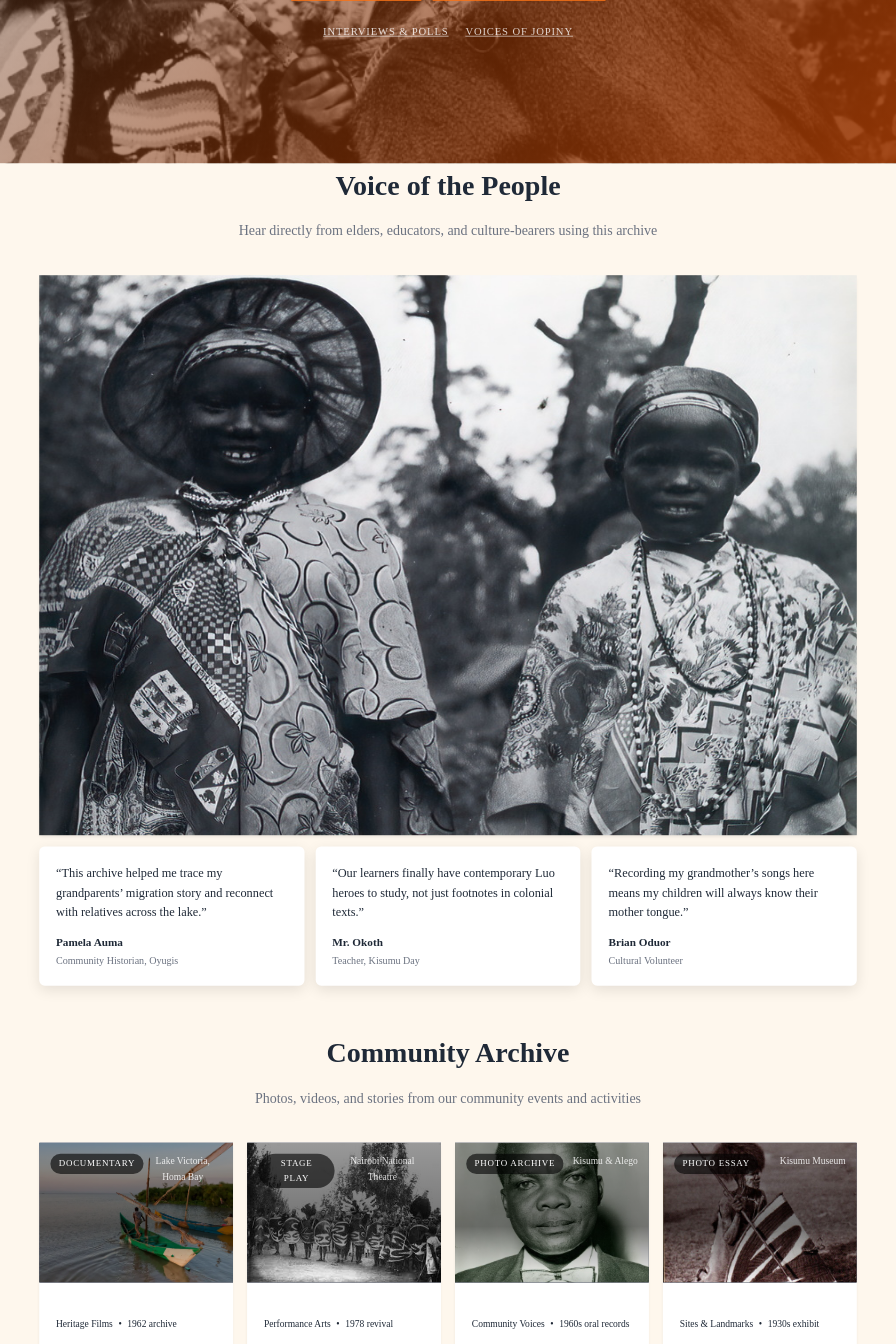
Repository: ianfranko/luo-community-history
Page: /
An editor plug-in stored every save of this project. The page is shown before and after the next save, followed by the edit.
The browser window is 1280 px wide. The pictures show the part of the page from y = 483 to 2403 px (the page is 4240 px tall before and 4336 px after), at 70% of full size.
The project was rebuilt for these pictures with package versions that can differ from the ones it lists, and the page was loaded fresh each time. The framework's server and built-in components were replaced by stand-ins that run in the browser. Also part of the build but not shown: next.config.ts.

Above is the page before, as saved 2025-11-23 06:50:54.

### src/app/layout.tsx
import type { Metadata } from "next";
import { Geist, Geist_Mono } from "next/font/google";
import "./globals.css";
import Layout from "@/components/Layout";

const geistSans = Geist({
  variable: "--font-geist-sans",
  subsets: ["latin"],
});

const geistMono = Geist_Mono({
  variable: "--font-geist-mono",
  subsets: ["latin"],
});

export const metadata: Metadata = {
  title: "Luo League of Nations",
  description: "Preserving and sharing the rich cultural heritage and history of the Luo people",
  icons: {
    icon: "/LLNLOGO.svg",
    shortcut: "/LLNLOGO.svg",
    apple: "/LLNLOGO.svg",
  },
};

export default function RootLayout({
  children,
}: Readonly<{
  children: React.ReactNode;
}>) {
  return (
    <html lang="en">
      <body
        className={`${geistSans.variable} ${geistMono.variable} antialiased`}
      >
        <Layout>{children}</Layout>
      </body>
    </html>
  );
}

### src/app/page.tsx
'Use client';
import Image from 'next/image'
import Link from 'next/link'
import { ArrowRight } from 'lucide-react'

export default function Home() {
  const galleryItems = [
    {
      image: '/Fishermen-on-Lake-Victoria-in-Uganda.webp',
      title: 'Documentary Films',
      description: 'Explore the fascinating history of the Luo community, from ancient traditions to modern developments.',
      alt: 'Luo fishermen casting their nets on Lake Victoria at sunrise',
      category: 'Heritage Films',
      location: 'Lake Victoria, Homa Bay',
      year: '1962 archive',
      mediaType: 'Documentary',
      ctaLabel: 'Watch Film',
      href: '/Gallery'
    },
    {
      image: '/hero.jpeg',
      title: 'Plays and Theatre',
      description: 'Discover the unique cultural practices, traditions, and values that define the Luo community.',
      alt: 'Actors performing a traditional Luo play on stage',
      category: 'Performance Arts',
      location: 'Nairobi National Theatre',
      year: '1978 revival',
      mediaType: 'Stage Play',
      ctaLabel: 'View Script',
      href: '/culture'
    },
    {
      image: '/Kodhek Argwins.png',
      title: 'Notable People',
      description: 'Learn about influential Luo leaders, elders, and community members who shaped our history.',
      alt: 'Archival portrait of Argwings Kodhek',
      category: 'Community Voices',
      location: 'Kisumu & Alego',
      year: '1960s oral records',
      mediaType: 'Photo Archive',
      ctaLabel: 'View Profile',
      href: '/people'
    },
    {
      image: '/Guerrier_Luo.jpeg',
      title: 'Historical Places',
      description: 'Visit significant locations and landmarks that hold cultural and historical importance.',
      alt: 'Historic Luo warrior statue in Kisumu museum',
      category: 'Sites & Landmarks',
      location: 'Kisumu Museum',
      year: '1930s exhibit',
      mediaType: 'Photo Essay',
      ctaLabel: 'Explore Site',
      href: '/places'
    },

  ]

  const galleryThemes = ['All', ...new Set(galleryItems.map((item) => item.category))]

  const stats = [
    { number: '200+', label: 'Historical Articles' },
    { number: '100+', label: 'Cultural Stories' },
    { number: '20+', label: 'Documentaries' },
    { number: '25+', label: 'Historical Places' }
  ]

  const sectionLinks = [
    { href: '#gallery', label: 'Interviews & Polls' },
    { href: '#stories', label: 'Voices of Jopiny' },
  ]

  const valueProps = [
    {
      title: 'Archive Access',
      description: 'Digitised oral histories, ceremonies, and timelines ready to explore.',

    },
    {
      title: 'Community Voices',
      description: 'Stories curated with elders, scholars, and youth leaders.',

    },
    {
      title: 'Living Culture',
      description: 'Guides on language, music, crafts, and celebrations to keep traditions alive.',

    }
  ]

  const featuredStories = [
    {
      title: 'The Origins of Luo Migration',
      description: 'Explore the fascinating journey of the Luo people and their settlement patterns across East Africa.',
      href: '/culture',
      image: '/657152Ew0bLSIn.jpg',
      era: '15th Century',
      region: 'Lake Victoria Basin',
      format: 'Longform'
    },
    {
      title: 'Traditional Luo Ceremonies',
      description: 'Learn about the rich ceremonial traditions that mark important life events in Luo culture.',
      href: '/culture',
      image: '/Fishermen-on-Lake-Victoria-in-Uganda.webp',
      era: 'Generational',
      region: 'Siaya & Migori',
      format: 'Photo Essay'
    },
    {
      title: 'JoAlego',
      description: 'Discover the rich culture of the JoAlego, and their journey to their current settlement.',
      href: '/people',
      image: '/Kenia-Lake_Victoria-Fischer.webp',
      era: '20th Century',
      region: 'Alego-Kogelo',
      format: 'Audio + Transcript'
    }
  ]

  const testimonials = [
    {
      quote: 'This archive helped me trace my grandparents’ migration story and reconnect with relatives across the lake.',
      name: 'Pamela Auma',
      title: 'Community Historian, Oyugis'
    },
    {
      quote: 'Our learners finally have contemporary Luo heroes to study, not just footnotes in colonial texts.',
      name: 'Mr. Okoth',
      title: 'Teacher, Kisumu Day'
    },
    {
      quote: 'Recording my grandmother’s songs here means my children will always know their mother tongue.',
      name: 'Brian Oduor',
      title: 'Cultural Volunteer'
    }
  ]

  return (
    <>
      {/* Hero Section */}
      <section className="hero">
        <div className="container">
          <div className="hero-content text-center">
            <h1 className="text-5xl font-bold mb-6">
            Wan JoLuo And We Are Proud
            </h1>
            <p className="text-xl mb-8" style={{ maxWidth: '600px', margin: '0 auto 2rem' }}>
            Awakening the Luo community to its full cultural, intellectual, and economic potential. Restoring unity, and purpose among our people.
            </p>

            {/* CTA Buttons */}
            <div style={{ display: 'flex', gap: '1rem', justifyContent: 'center', flexWrap: 'wrap' }}>
              <Link href="/culture" className="btn btn-primary">
                Join Community
              </Link>
              <Link href="/Gallery" className="btn btn-primary">
                View Literature Archive
              </Link>
            </div>
            <nav style={{ marginTop: '2rem' }}>
              <ul style={{ display: 'flex', gap: '1.5rem', justifyContent: 'center', flexWrap: 'wrap', fontSize: '0.95rem', textTransform: 'uppercase', letterSpacing: '0.08em', listStyle: 'none', padding: 0 }}>
                {sectionLinks.map((link) => (
                  <li key={link.href}>
                    <a href={link.href} style={{ color: 'rgba(255,255,255,0.8)' }}>{link.label}</a>
                  </li>
                ))}
              </ul>
            </nav>
          </div>
        </div>
      </section>

      {/* Stats Section
      <section className="section bg-white" style={{ padding: '1rem 0' }}>
        <div className="container">
          <div className="stats-grid">
            {stats.map((stat, index) => (
              <div key={index} className="stat-item">
                <span className="stat-number">{stat.number}</span>
                <span className="stat-label">{stat.label}</span>
              </div>
            ))}
          </div>
        </div>
      </section>*/}
      <section
  id="voices"
  className="h-screen flex flex-col items-center justify-start overflow-hidden pt-6"
>
  <div className="container max-w-6xl mx-auto flex flex-col h-full">

    {/* Title */}
    <h2 className="section-title text-center mb-1">Voice of the People</h2>

    {/* Subtitle */}
    <p className="section-subtitle text-center mb-4">
      Hear directly from elders, educators, and culture-bearers using this archive
    </p>

    {/* IMAGE (fixed height, always fits) */}
    <div className="flex justify-center mb-4">
      <Image
        src="/luo_03.jpg"
        alt="Community Archive"
        width={1600}
        height={800}
        className="object-cover w-full max-w-4xl max-h-[32vh] shadow"
      />
    </div>

    {/* TESTIMONIALS — auto-fill remaining space */}
    <div className="grid grid-cols-1 md:grid-cols-3 gap-4 flex-grow overflow-hidden">
      {testimonials.map((voice) => (
        <blockquote key={voice.name} className="testimonial-card overflow-hidden p-4">
          <p className="testimonial-quote text-sm">
            “{voice.quote}”
          </p>
          <div className="testimonial-author mt-2">
            <span className="author-name font-semibold">{voice.name}</span>
            <br />
            <span className="author-title text-xs">{voice.title}</span>
          </div>
        </blockquote>
      ))}
    </div>
  </div>
</section>


      {/* Gallery Section */}
      <section className="section" id="gallery">
        <div className="container">
          <h2 className="section-title">Community Archive</h2>
          <p className="section-subtitle">
            Photos, videos, and stories from our community events and activities
          </p>
          <div
            className="feature-grid"
            style={{
              gap: '1.25rem',
              gridTemplateColumns: 'repeat(auto-fit, minmax(220px, 1fr))'
            }}
          >
            {galleryItems.map((item, index) => (
              <article
                key={index}
                className="feature-card"
                style={{ padding: 0, overflow: 'hidden', maxWidth: '360px', margin: '0 auto' }}
              >
                <div
                  className="gallery-card-image"
                  style={{ position: 'relative', height: '200px', width: '100%' }}
                >
                  <Image
                    src={item.image}
                    alt={item.alt}
                    fill
                    sizes="(max-width: 768px) 100vw, (max-width: 1200px) 50vw, 33vw"
                    priority={index === 0}
                    style={{ objectFit: 'cover' }}
                  />
                  <div
                    style={{
                      position: 'absolute',
                      inset: 0,
                      display: 'flex',
                      justifyContent: 'space-between',
                      alignItems: 'flex-start',
                      padding: '1rem',
                      background:
                        'linear-gradient(180deg, rgba(0,0,0,0.4) 0%, rgba(0,0,0,0.55) 60%, rgba(0,0,0,0) 100%)'
                    }}
                  >
                    <span
                      style={{
                        padding: '0.25rem 0.75rem',
                        borderRadius: '999px',
                        backgroundColor: 'rgba(0,0,0,0.6)',
                        color: 'white',
                        fontSize: '0.8rem',
                        textTransform: 'uppercase',
                        letterSpacing: '0.08em'
                      }}
                    >
                      {item.mediaType}
                    </span>
                    <span style={{ color: 'rgba(255,255,255,0.85)', fontSize: '0.85rem' }}>
                      {item.location}
                    </span>
                  </div>
                </div>
                <div style={{ padding: '1.5rem' }}>
                  <div
                    style={{
                      display: 'flex',
                      flexWrap: 'wrap',
                      gap: '0.5rem',
                      fontSize: '0.85rem',
                      color: 'var(--muted)',
                      marginBottom: '0.5rem'
                    }}
                  >
                    <span>{item.category}</span>
                    <span>•</span>
                    <span>{item.year}</span>
                  </div>
                  <h3 className="feature-title" style={{ marginBottom: '0.35rem' }}>
                    {item.title}
                  </h3>
                  <p className="feature-description" style={{ marginBottom: '1rem' }}>
                    {item.description}
                  </p>
                  <Link
                    href={item.href}
                    className="btn btn-link"
                    style={{
                      display: 'inline-flex',
                      alignItems: 'center',
                      gap: '0.4rem',
                      padding: 0,
                      fontWeight: 600
                    }}
                    aria-label={`${item.ctaLabel} for ${item.title}`}
                  >
                    {item.ctaLabel}
                    <ArrowRight size={16} />
                  </Link>
                </div>
              </article>
            ))}
          </div>
          <div
            style={{
              marginTop: '2rem',
              display: 'flex',
              justifyContent: 'center',
              width: '100%'
            }}
          >
            <Link href="/Gallery" className="btn btn-outline" style={{ fontSize: '0.9rem' }}>
              Submit Your Story
              <ArrowRight size={16} />
            </Link>
          </div>
        </div>
      </section>
      {/* Featured Content Section */}
      <section className="section bg-white" id="stories">
        <div className="container">
          <h2 className="section-title">Featured Stories</h2>
          <p className="section-subtitle">
            Discover the most popular and recent additions to our community archive
          </p>

          <div className="grid grid-cols-1 md:grid-cols-3 gap-6">
            {featuredStories.map((story) => (
              <div className="card" key={story.title}>
                <div
                  style={{
                    position: 'relative',
                    height: '200px',
                    width: '100%',
                    borderRadius: '12px 12px 0 0',
                    overflow: 'hidden'
                  }}
                >
                  <Image
                    src={story.image}
                    alt={story.title}
                    fill
                    sizes="(max-width: 768px) 100vw, (max-width: 1200px) 50vw, 33vw"
                    style={{ objectFit: 'cover' }}
                  />
                  <div
                    style={{
                      position: 'absolute',
                      inset: 0,
                      background:
                        'linear-gradient(180deg, rgba(0,0,0,0.35) 0%, rgba(0,0,0,0.6) 100%)',
                      display: 'flex',
                      alignItems: 'flex-end',
                      justifyContent: 'flex-start',
                      padding: '1rem'
                    }}
                  >
                    <span style={{ color: 'white', fontSize: '0.85rem', letterSpacing: '0.08em' }}>{story.format}</span>
                  </div>
                </div>
                <div className="card-body">
                  <div style={{ display: 'flex', gap: '0.5rem', flexWrap: 'wrap', fontSize: '0.85rem', color: 'var(--muted)' }}>
                    <span>{story.era}</span>
                    <span>•</span>
                    <span>{story.region}</span>
                  </div>
                  <h3 className="card-title" style={{ marginTop: '0.5rem' }}>{story.title}</h3>
                  <p className="card-text">{story.description}</p>
                  <Link href={story.href} className="btn btn-primary" style={{ marginTop: '1rem' }}>
                    Read More
                    <ArrowRight size={16} />
                  </Link>
                </div>
              </div>
            ))}
          </div>
        </div>
      </section>

      {/* Call to Action Section */}
      <section className="section bg-gradient" style={{ color: 'white' }}>
        <div
          className="container"
          style={{
            display: 'grid',
            gap: '2rem',
            gridTemplateColumns: 'repeat(auto-fit, minmax(280px, 1fr))',
            alignItems: 'center'
          }}
        >
          <div>
            <p
              className="eyebrow"
              style={{
                color: 'rgba(255,255,255,0.85)',
                letterSpacing: '0.12em',
                textAlign: 'left'
              }}
            >
              Community Call
            </p>
            <h2 className="section-title" style={{ color: 'white', textAlign: 'left' }}>
              Be Part of Our Story
            </h2>
            <p
              className="section-subtitle"
              style={{
                color: 'rgba(255, 255, 255, 0.9)',
                textAlign: 'left',
                marginLeft: 0,
                marginRight: 0
              }}
            >
              Your support powers oral-history digitization, artifact curation, and hands-on workshops that keep Luo heritage accessible.
            </p>
            <div
              style={{
                display: 'flex',
                gap: '1rem',
                flexWrap: 'wrap',
                marginTop: '1.5rem'
              }}
            >
              <Link
                href="/culture"
                className="btn btn-primary"
                aria-label="Support Luo culture digitization"
                style={{ backgroundColor: 'white', color: '#111', borderColor: 'white' }}
              >
                Support Digitization
                <ArrowRight size={18} />
              </Link>
              <Link
                href="/about"
                className="btn btn-outline"
                aria-label="Learn more about our mission"
                style={{
                  borderColor: 'rgba(255,255,255,0.6)',
                  color: 'white',
                  backgroundColor: 'transparent'
                }}
              >
                Learn More
                <ArrowRight size={18} />
              </Link>
            </div>
            <span style={{ marginTop: '0.75rem', display: 'inline-block', color: 'rgba(255,255,255,0.85)' }}>
              Every contribution equips field teams with scanners, storage, and volunteer training.
            </span>
          </div>

          <div className="cta-card cta-card-gradient">
            <div className="cta-stat">4,200+</div>
            <p className="cta-label">Artifacts digitized with village archives</p>
            <p className="cta-body">Join 120+ volunteers safeguarding oral histories across Nyanza and beyond.</p>
          </div>
        </div>
      </section>
    </>
  )
}

Loaded but not shown: src/app/globals.css (929 lines, source omitted); src/components/Layout.tsx (231 lines, source omitted)

After the next save:
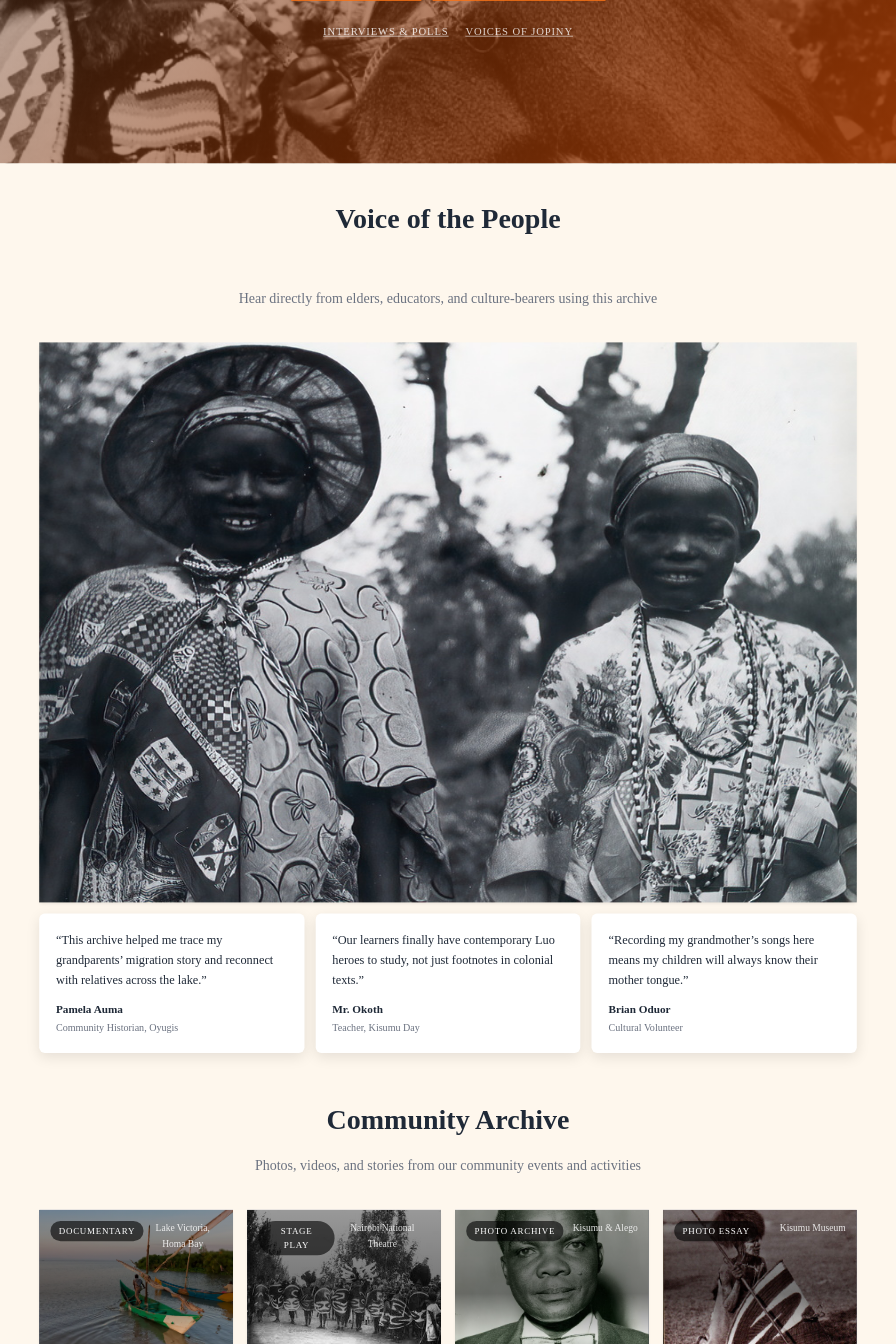
Saved 26 s later.
--- a/src/app/page.tsx
+++ b/src/app/page.tsx
@@ -191,7 +191,7 @@ export default function Home() {
   <div className="container max-w-6xl mx-auto flex flex-col h-full">
 
     {/* Title */}
-    <h2 className="section-title text-center mb-1">Voice of the People</h2>
+    <h2 className="section-title py-12 text-center mb-1">Voice of the People</h2>
 
     {/* Subtitle */}
     <p className="section-subtitle text-center mb-4">
